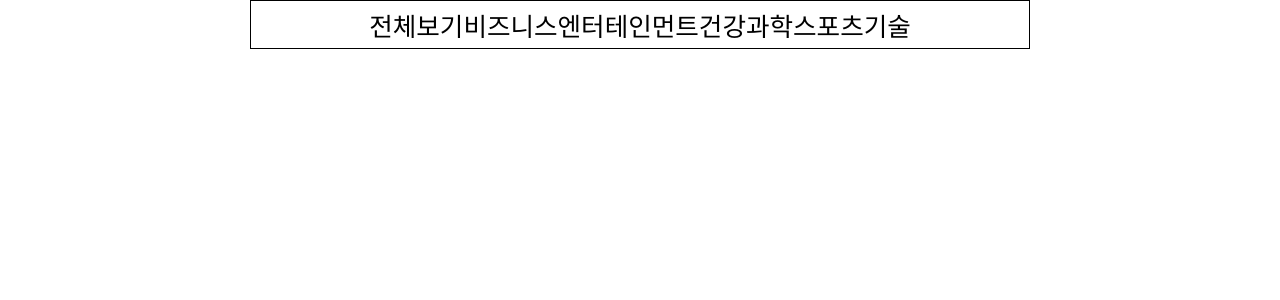
Repository: parkhyeonki/news-viewer
Page: /
These files come from the project's save history. The page is drawn as it stood at one moment and after the next save; the edit follows.
The browser window is 1280 px wide. The pictures show the whole page.
The page's requests for data from a server got no answer. The project was rebuilt for these pictures with package versions that can differ from the ones it lists, and the page was loaded fresh each time. No one was signed in, and anything a server would have sent is missing. Also part of the build but not shown: src/App.css, src/components/NewsItem/NewsItem.js.

Above is the page before, as saved 2022-05-19 15:48:29.

### src/App.js
import './App.css';
import Categories from './components/Categories/Categories';
import NewsList from './components/NewsList/NewsList';

function App() {
  return (
    <>
      <Categories />
      <NewsList />
    </>
  );
}

export default App;

### src/components/Categories/Categories.js
import React from 'react';
import styled from 'styled-components';
const categories = [
  {
    name: 'all',
    text: '전체보기',
  },
  {
    name: 'business',
    text: '비즈니스',
  },
  {
    name: 'entertainment',
    text: '엔터테인먼트',
  },
  {
    name: 'health',
    text: '건강',
  },
  {
    name: 'science',
    text: '과학',
  },
  {
    name: 'sports',
    text: '스포츠',
  },
  {
    name: 'technology',
    text: '기술',
  },
];

const CategoriesBlock = styled.div`
  display: flex;
  align-items: center;
  justify-content: center;
  border: 1px solid black;
  width: 768px;
  margin: 0 auto;
  padding: 0.3rem;
  font-size: 1.6rem;
`;

const Category = styled.div``;

const Categories = () => {
  return (
    <CategoriesBlock>
      {categories.map((category) => (
        <Category key={category.name}>{category.text}</Category>
      ))}
    </CategoriesBlock>
  );
};

export default Categories;

### src/components/NewsList/NewsList.js
import axios from 'axios';
import React, { useEffect, useState } from 'react';
import styled from 'styled-components';
import NewsItem from '../NewsItem/NewsItem';
const NewsListBlock = styled.div`
  box-sizing: border-box;
  padding-bottom: 3rem;
  width: 768px;
  margin: 0 auto;
  margin-top: 2rem;
  @media screen and (max-width: 768px) {
    width: 100%;
    padding-left: 1rem;
    padding-right: 1rem;
  }
`;
const NewsList = () => {
  const [articles, setArticles] = useState(null);
  const [loading, setLoading] = useState(false);

  useEffect(() => {
    const fetchData = async () => {
      setLoading(true);
      try {
        const response = await axios.get(
          'https://newsapi.org/v2/top-headlines?country=kr&category=business&apiKey=05f1b59ba99c4b2cb7579cb88e16cfcd',
        );
        setArticles(response.data.articles);
      } catch (e) {
        console.log(e);
      }
      setLoading(false);
    };
    fetchData();
  }, []);

  if (loading) {
    return <NewsListBlock>loading...</NewsListBlock>;
  }

  if (!articles) {
    return null;
  }
  return (
    <NewsListBlock>
      {articles.map((article) => (
        <NewsItem key={article.url} article={article} />
      ))}
    </NewsListBlock>
  );
};

export default NewsList;

Loaded but not shown: public/index.html (common file); src/index.js (common file); src/index.css (common file); src/reportWebVitals.js (common file)

After the next save:
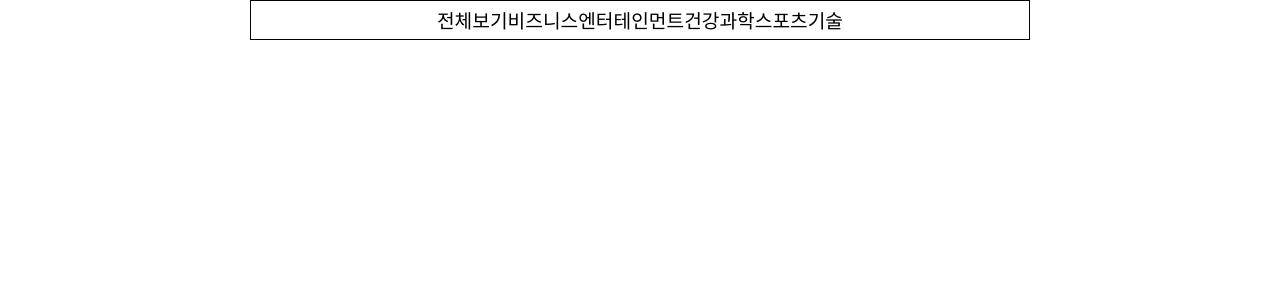
Saved 4 s later.
--- a/src/components/Categories/Categories.js
+++ b/src/components/Categories/Categories.js
@@ -39,7 +39,7 @@ const CategoriesBlock = styled.div`
   width: 768px;
   margin: 0 auto;
   padding: 0.3rem;
-  font-size: 1.6rem;
+  font-size: 1.2rem;
 `;
 
 const Category = styled.div``;
